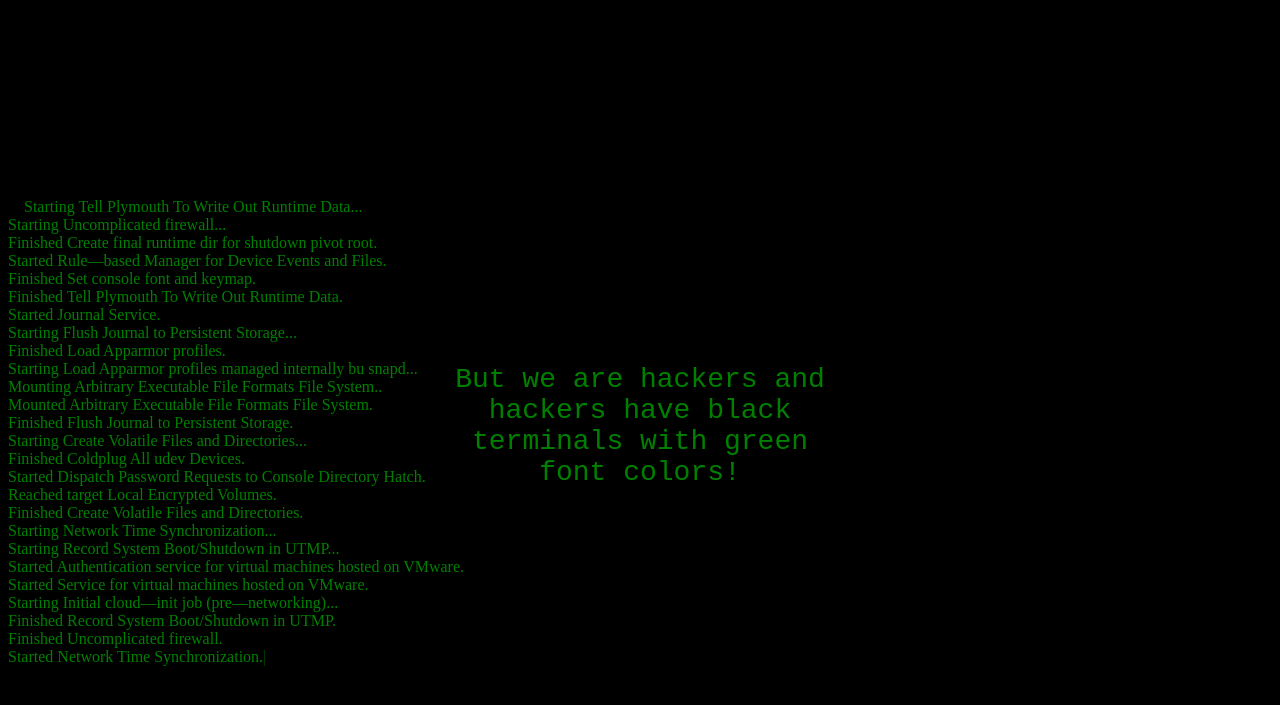
Repository: Dylennium/New-Site
Page: index.html
These files come from the project's save history. The page is drawn as it stood at one moment and after the next save; the edit follows.
The browser window is 1280 px wide. The pictures show the whole page.

Above is the page before, as saved 2023-04-28 16:59:26.

After the next save:
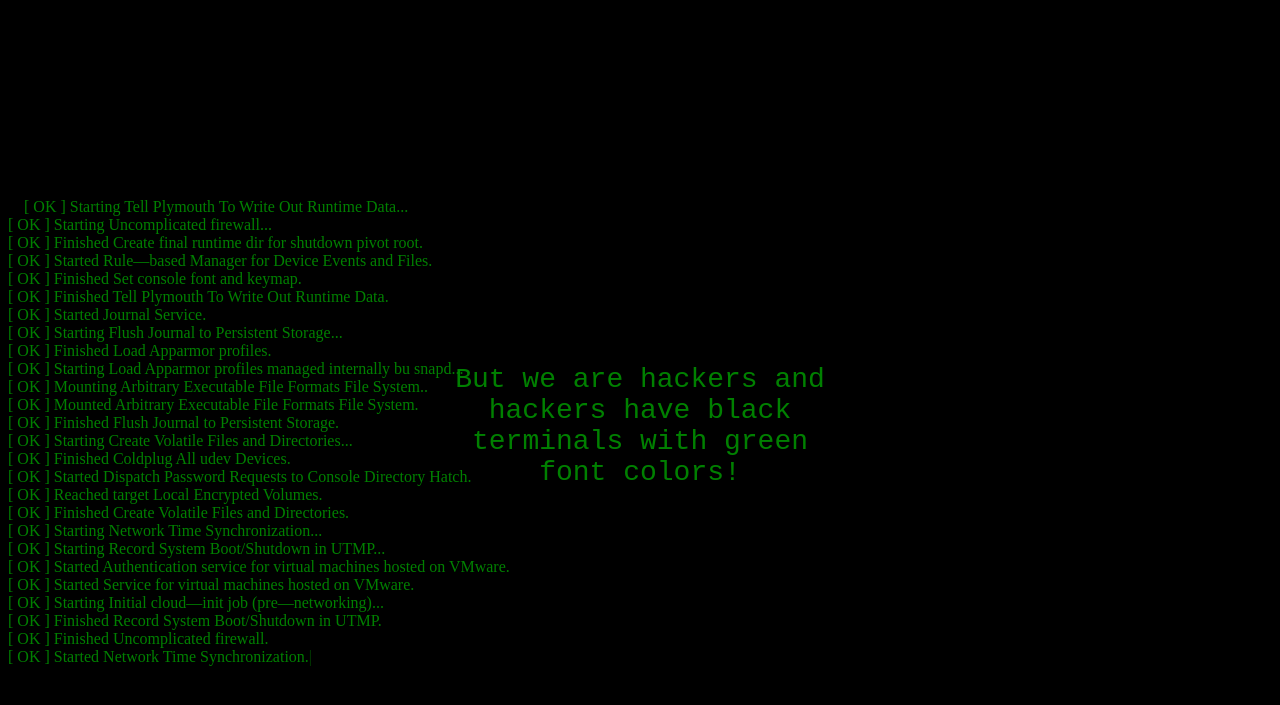
Saved 33 s later.
--- a/index.html
+++ b/index.html
@@ -21,40 +21,40 @@
 
 <script>
     var lines=[
-"Starting Tell Plymouth To Write Out Runtime Data...",
-"Starting Uncomplicated firewall...",
-"Finished Create final runtime dir for shutdown pivot root.",
-"Started Rule—based Manager for Device Events and Files.",
-"Finished Set console font and keymap.",
-"Finished Tell Plymouth To Write Out Runtime Data.",
-"Started Journal Service.",
-"Starting Flush Journal to Persistent Storage...",
-"Finished Load Apparmor profiles.",
-"Starting Load Apparmor profiles managed internally bu snapd...",
-"Mounting Arbitrary Executable File Formats File System..",
-"Mounted Arbitrary Executable File Formats File System.",
-"Finished Flush Journal to Persistent Storage.",
-"Starting Create Volatile Files and Directories...",
-"Finished Coldplug All udev Devices.",
-"Started Dispatch Password Requests to Console Directory Hatch.",
-"Reached target Local Encrypted Volumes.",
-"Finished Create Volatile Files and Directories.",
-"Starting Network Time Synchronization...",
-"Starting Record System Boot/Shutdown in UTMP...",
-"Started Authentication service for virtual machines hosted on VMware.",
-"Started Service for virtual machines hosted on VMware.",
-"Starting Initial cloud—init job (pre—networking)...",
-"Finished Record System Boot/Shutdown in UTMP.",
-"Finished Uncomplicated firewall.",
-"Started Network Time Synchronization.",
-"Reached target System Time Set.",
-"Finished Load Apparmor profiles managed internally by snapd.",
-"Finished Initial cloud—init job (ore—networking).",
-"Reached target Preparation for Network.",
-"Starting Network Configuration...",
-"Started Network Configuration.",
-"Starting wait for Network to be Configured...",
-"Starting Network Name Resolution..."
+"[ OK ] Starting Tell Plymouth To Write Out Runtime Data...",
+"[ OK ] Starting Uncomplicated firewall...",
+"[ OK ] Finished Create final runtime dir for shutdown pivot root.",
+"[ OK ] Started Rule—based Manager for Device Events and Files.",
+"[ OK ] Finished Set console font and keymap.",
+"[ OK ] Finished Tell Plymouth To Write Out Runtime Data.",
+"[ OK ] Started Journal Service.",
+"[ OK ] Starting Flush Journal to Persistent Storage...",
+"[ OK ] Finished Load Apparmor profiles.",
+"[ OK ] Starting Load Apparmor profiles managed internally bu snapd...",
+"[ OK ] Mounting Arbitrary Executable File Formats File System..",
+"[ OK ] Mounted Arbitrary Executable File Formats File System.",
+"[ OK ] Finished Flush Journal to Persistent Storage.",
+"[ OK ] Starting Create Volatile Files and Directories...",
+"[ OK ] Finished Coldplug All udev Devices.",
+"[ OK ] Started Dispatch Password Requests to Console Directory Hatch.",
+"[ OK ] Reached target Local Encrypted Volumes.",
+"[ OK ] Finished Create Volatile Files and Directories.",
+"[ OK ] Starting Network Time Synchronization...",
+"[ OK ] Starting Record System Boot/Shutdown in UTMP...",
+"[ OK ] Started Authentication service for virtual machines hosted on VMware.",
+"[ OK ] Started Service for virtual machines hosted on VMware.",
+"[ OK ] Starting Initial cloud—init job (pre—networking)...",
+"[ OK ] Finished Record System Boot/Shutdown in UTMP.",
+"[ OK ] Finished Uncomplicated firewall.",
+"[ OK ] Started Network Time Synchronization.",
+"[ OK ] Reached target System Time Set.",
+"[ OK ] Finished Load Apparmor profiles managed internally by snapd.",
+"[ OK ] Finished Initial cloud—init job (ore—networking).",
+"[ OK ] Reached target Preparation for Network.",
+"[ OK ] Starting Network Configuration...",
+"[ OK ] Started Network Configuration.",
+"[ OK ] Starting wait for Network to be Configured...",
+"[ OK ] Starting Network Name Resolution..."
 ]
  var typed6 = new Typed('#loginblurb', {
     strings: [lines.map((line)=>`\`${line}\``).join("^200\n")],
